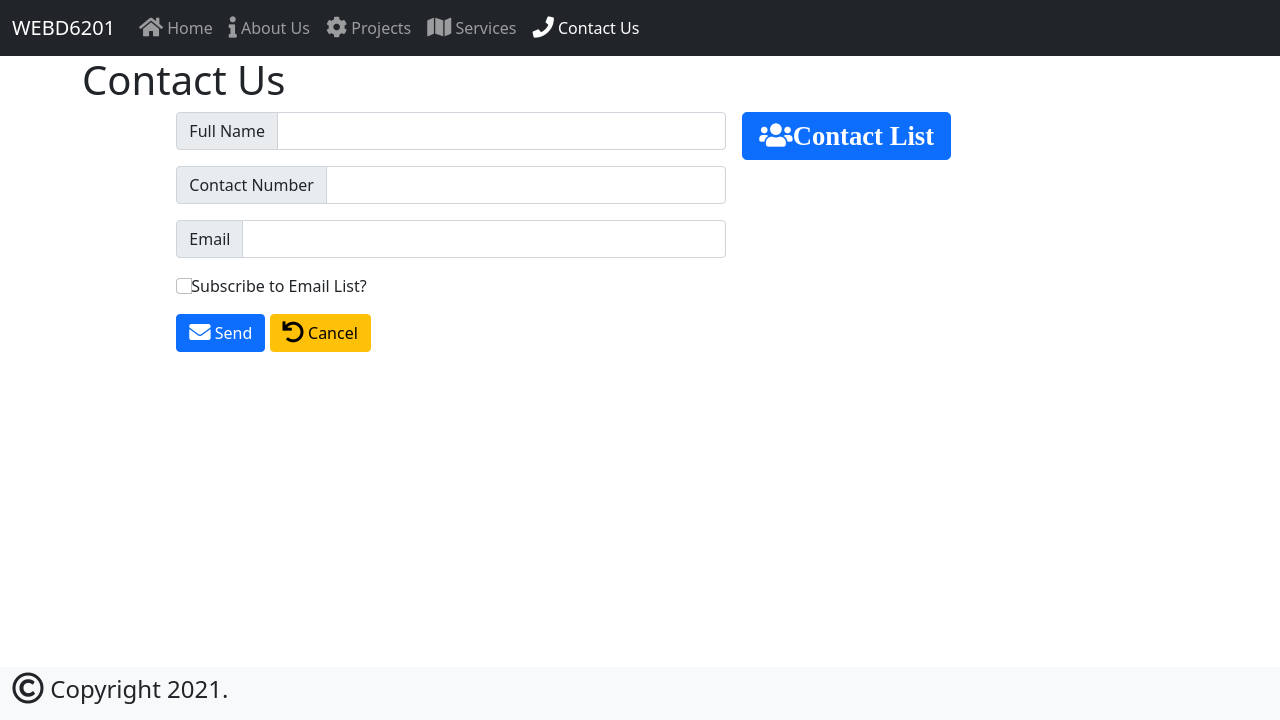
Repository: GarlicButterBoy/WEBD6201-ICE03
Page: contact.html
The author's editor kept a copy of each file at every save. The page is drawn from the files as they stood at one save, then again after the next save.
The browser window is 1280 px wide. The pictures show the whole page.

Above is the page before, as saved 2021-02-04 09:09:23.

### contact.html
<!DOCTYPE html>
<html lang="en">
<head>
    <meta charset="UTF-8">
    <meta name="viewport" content="width=device-width, initial-scale=1.0">
    <title>Contact</title>
    <!-- CSS Section -->
    <link rel="stylesheet" href="./node_modules/bootstrap/dist/css/bootstrap.min.css">
    <link rel="stylesheet" href="./node_modules/@fortawesome/fontawesome-free/css/all.min.css">
    <link rel="stylesheet" href="./Content/app.css">
</head>
<body>
    <!-- Main Header -->
    <header>
        <!-- Main Navigation -->
        <nav class="navbar navbar-expand-lg navbar-dark bg-dark">
            <div class="container-fluid">
              <a class="navbar-brand" href="index.html">WEBD6201</a>
              <button class="navbar-toggler" type="button" data-bs-toggle="collapse" data-bs-target="#navbarSupportedContent" aria-controls="navbarSupportedContent" aria-expanded="false" aria-label="Toggle navigation">
                <span class="navbar-toggler-icon"></span>
              </button>
              <div class="collapse navbar-collapse" id="navbarSupportedContent">
                <ul class="navbar-nav me-auto mb-2 mb-lg-0">
                  <li class="nav-item">
                    <a class="nav-link" aria-current="page" href="index.html"><i class="fas fa-home fa-lg"></i> Home</a>
                  </li>

                  <li class="nav-item">
                    <a class="nav-link" aria-current="page" href="about.html"><i class="fas fa-info fa-lg"></i> About Us</a>
                  </li>

                  <li class="nav-item">
                    <a class="nav-link" aria-current="page" href="projects.html"><i class="fas fa-cog fa-lg"></i> Projects</a>
                  </li>

                  <li class="nav-item">
                    <a class="nav-link" aria-current="page" href="services.html"><i class="fas fa-map fa-lg"></i> Services</a>
                  </li>

                  <li class="nav-item">
                    <a class="nav-link active" aria-current="page" href="contact.html"><i class="fas fa-phone fa-lg"></i> Contact Us</a>
                  </li>
                </ul>
              </div>
            </div>
          </nav>
    </header>

    <!-- Main Content -->
    <main class="container">
        <h1>Contact Us</h1>
        <div id="messageArea"></div>

        <div class="row justify-content-lg-center g-3">
          <form class="col-lg-6 col-md-10 col-sm-10">

            <div class="input-group mb-3">
              <span class="input-group-text" id="inputGroup-sizing-default">Full Name </span>
              <input id="fullName" type="text" class="form-control" aria-label="Full Name" aria-describedby="Full Name Input"
              name="fullName" required>
            </div>

            <div class="input-group mb-3">
              <span class="input-group-text" id="inputGroup-sizing-default">Contact Number</span>
              <input id="contactNumber" type="tel" class="form-control" aria-label="Contact Number" aria-describedby="Contact Number Input"
              name="contactNumber" required>
            </div>

            <div class="input-group mb-3">
              <span class="input-group-text" id="inputGroup-sizing-default">Email</span>
              <input id="emailAddress" type="email" class="form-control" aria-label="Email Address" aria-describedby="Email Address Input"
              name="emailAddress" required>
            </div>

            <div class="input-group mb-3 form-check">
              <input class="form-check-input" type="checkbox" value="" id="subscribeCheckbox" name="subscribeCheckbox">
              <label class="form-check-label" for="subscribeCheckbox">Subscribe to Email List?</label>
            </div>


            <button id="sendButton" type="submit" class="btn btn-primary"><i class="fas fa-envelope fa-lg"></i> Send</button>
            <button id="cancelButton" type="reset" class="btn btn-warning"><i class="fas fa-undo fa-lg"></i> Cancel</button>
          </form>

          <div class="col=lg-3 col-md-4">
            <a href="contact-list.html" class="btn btn-primary btn-lg"><i class="fas fa-users fa-lg">Contact List</i></a>
          </div>

        </div>


    </main>

    <!-- Main Footer -->
    <footer>
        <nav class="navbar fixed-bottom navbar-light bg-light">
            <div class="container-fluid">
              <h4><i class="far fa-copyright fa-lg"></i> Copyright 2021.</h4>
            </div>
          </nav>
    </footer>

    <!-- Script Section-->
    <script src="./node_modules/jquery/dist/jquery.min.js"></script>
    <script src="./node_modules/bootstrap/dist/js/bootstrap.bundle.min.js"></script>
    <script src="./Scripts/namespace.js"></script>
    <script src="./Scripts/contact.js"></script>
    <script src="./Scripts/app.js"></script>
</body>
</html>

### Scripts/namespace.js

//namespace core
let core;

### Scripts/contact.js
"use strict";

//Contact Class

(()=>{
    class Contact {

        //getters and setters
      get FullName()
      {
          return this.m_fullName;
      }
      get ContactNumber()
      {
          return this.m_conactNumber;
      }
      get EmailAddress()
      {
          return this.m_emailAddress;
      }
      set FullName(value)
      {
          this.m_fullName = value;
      }
      set ContactNumber(value)
      {
          this.m_conactNumber = value;
      }
      set EmailAddress(value)
      {
          this.m_emailAddress = value;
      }

        //Constructor
        /**
         * A Constructor for any Contact objects being instantiated
         * @param {string} fullName
         * @param {string} contactNumber
         * @param {string} emailAddress
         */
        constructor(fullName = "", contactNumber = "", emailAddress = "")
        {
            this.ContactNumber = contactNumber;
            this.EmailAddress = emailAddress;
            this.FullName = fullName;
        }



        //Methods
        /**
         * Overrides the toString method to print the Contact class
         * @returns {string}
         */
        toString()
        {
            return `Full Name: ${this.m_fullName}\nPhone: ${this.m_contactNumber}\nEmail: ${this.m_emailAddress}`;
        }

        /**
         * This method returns a JSON Object
         * @returns {Object}
         */
        toJSON()
        {
            return {
                "fullName":this.FullName,
                "contactNumber":this.ContactNumber,
                "emailAddress":this.EmailAddress
            }
        }
        /**
         * Method converts the Contact into a comma-seperated value string
         * @returns {String}
         */
        serialize()
        {
            if (this.FullName !== "" && this.ContactNumber !== "" && this.EmailAddress !== "")
            {
                return `${this.FullName},${this.ContactNumber},${this.EmailAddress}`;
            }
            else
            {
                console.error("Error: One of more of the Contact Properties are empty or null.");
                return null;
            }

        }
        /**
         * Method takes a comma-seperated data string and assigns the values to the contact class properties
         * @param {string} data
         * @returns {void}
         */
        deserialize(data)
        {
            let propertyArray = data.split(",");
            this.FullName = propertyArray[0];
            this.ContactNumber = propertyArray[1];
            this.EmailAddress = propertyArray[2];
        }

    }

core.Contact = Contact;

})(core || (core={}));

### Scripts/app.js
/* custom JavaScript goes here */

//IIFE - Immediately Invoked Function Expression
//AKA - Anonymous Self-Executing Function
//Closure - limits scope leak

"use strict";
/* Example of a class being created with brand new functions
let myContact =
{
  "firstName":"Nick SF",
  "contactNumber":"905-123-4567",
  "emailAddress":"email@test.com",
  "saysHello":function() { console.log(`${fullName} says Hello!`); },
  "someOtherObject":{  "friendsList":["Tony", "Stephen", "Peter"]  }

};*/

((core) =>
{
    function displayHome()
    {
/*
      $("button").on("mouseover", function(){
        console.log("JQuery Click");
      });

      let myButton = document.querySelectorAll("button")[1];
      myButton.addEventListener("click", () => {
        console.log("Button Clicked!");
      });
*/
      //console.log(myButton);

        let paragraphOneText =
          "This is a simple site to demonstrate DOM Manipulation for ICE 1";

        let paragraphOneElement = document.getElementById("paragraphOne");

        paragraphOneElement.textContent = paragraphOneText;
        paragraphOneElement.className = "fs-5";

        // Step 1. document.createElement
        let newParagraph = document.createElement("p");
        // Step 2. configure the element
        newParagraph.setAttribute("id", "paragraphTwo");
        newParagraph.textContent = "...And this is paragraph two";
        // Step 3. select the parent element
        let mainContent = document.getElementsByTagName("main")[0];
        // Step 4. Add / Insert the element
        mainContent.appendChild(newParagraph);

        newParagraph.className = "fs-6";

        // another way of injecting content
        let paragraphDiv = document.createElement("div");
        let paragraphThree = `<p id="paragraphThree" class="fs-7 fw-bold">And this is the Third Paragraph</p>`;
        paragraphDiv.innerHTML = paragraphThree;

        // insertions

        // example of inserting before a node
        //newParagraph.before(paragraphDiv);

        // example of inserting after a node
        newParagraph.after(paragraphDiv);

        // deletions

        // example of removing a single element
        //paragraphOneElement.remove();

        // example of removeChild
        mainContent.removeChild(paragraphOneElement);

        // update / modification
        //mainContent.firstElementChild.textContent = "Welcome Home!";

        mainContent.innerHTML = `<h1 id="firstHeading">Welcome to WEBD6201 - Lab 1</h1>
         <p id="paragraphOne" class="fs-3 fw-bold">This is my first Paragraph</p>
        `;

    }

    function displayAbout()
    {

    }

    function displayProjects()
    {

    }

    function displayServices()
    {

    }

    function displayContact()
    {
        //This is the same as below
        let messageArea = $("#messageArea").hide();
        //Same as this
        //let messageArea = document.getElementById("messageArea");
        //messageArea.hidden = true;

        // form validation
        $("#fullName").on("blur", function()
        {
          if($(this).val().length < 2)
            {
                //JQuery example of the lines below
                $(this).trigger("focus").trigger("select");
                messageArea.show().addClass("alert alert-danger").text("Please enter an appropriate name");
                //fullName.focus();
                //fullName.select();
                //messageArea.hidden = false;
                //messageArea.className = "alert alert-danger";
                //messageArea.textContent = "Please enter an appropriate Name";
            }
            else
            {
                //JQuery example of the line below
                messageArea.removeAttr("class").hide();
                //messageArea.hidden = true;
                //messageArea.removeAttribute("class");
            }
        });
        //let fullName = document.getElementById("fullName");
        //fullName.addEventListener("blur", function() {});

        $("#sendButton").on("click", ()=>
        {
          let contact = new core.Contact(fullName.value, contactNumber.value, emailAddress.value);
          if(contact.serialize()) //checking if the serialized object exists
          {
            localStorage.setItem((localStorage.length + 1).toString(), contact.serialize());
          }
        });

        //let sendButton = document.getElementById("sendButton");
        //sendButton.addEventListener("click", function(event){

            //event.preventDefault();
            //console.log(contact.serialize());
            //fullName.value = "";
            //contactNumber.value = "";
            //emailAddress.value = "";
        //});
    }
    function displayContactList()
    {

      if(localStorage.length > 0)
      {
        let contactList = document.getElementById("contactList");

        let data = "";

        for (let index = 0; index < localStorage.length; index++)
        {
          let contactData = localStorage.getItem((index + 1).toString());

          console.log(contactData);

          let contact = new core.Contact();
          contact.deserialize(contactData);

          data += `<tr>
                  <th scope="row">${index + 1}</th>
                  <td>${contact.FullName}</td>
                  <td>${contact.ContactNumber}</td>
                  <td>${contact.EmailAddress}</td>
                  </tr>`;
        }

        contactList.innerHTML = data;
      }


    }

    function Start()
    {
        console.log("App Started...");

        switch (document.title)
        {
          case "Home":
              displayHome();
            break;
          case "About":
              displayAbout();
            break;
          case "Projects":
              displayProjects();
            break;
          case "Services":
              displayServices();
            break;
          case "Contact":
              displayContact();
            break;
          case "Contact-List":
              displayContactList();
            break;
        }

    }

    window.addEventListener("load", Start);

    core.Start = Start;


})  (core || (core={}));

Loaded but not shown: node_modules/bootstrap/dist/css/bootstrap.min.css (library); node_modules/@fortawesome/fontawesome-free/css/all.min.css (library); Content/app.css (common file); node_modules/jquery/dist/jquery.min.js (library); node_modules/bootstrap/dist/js/bootstrap.bundle.min.js (library)

After the next save:
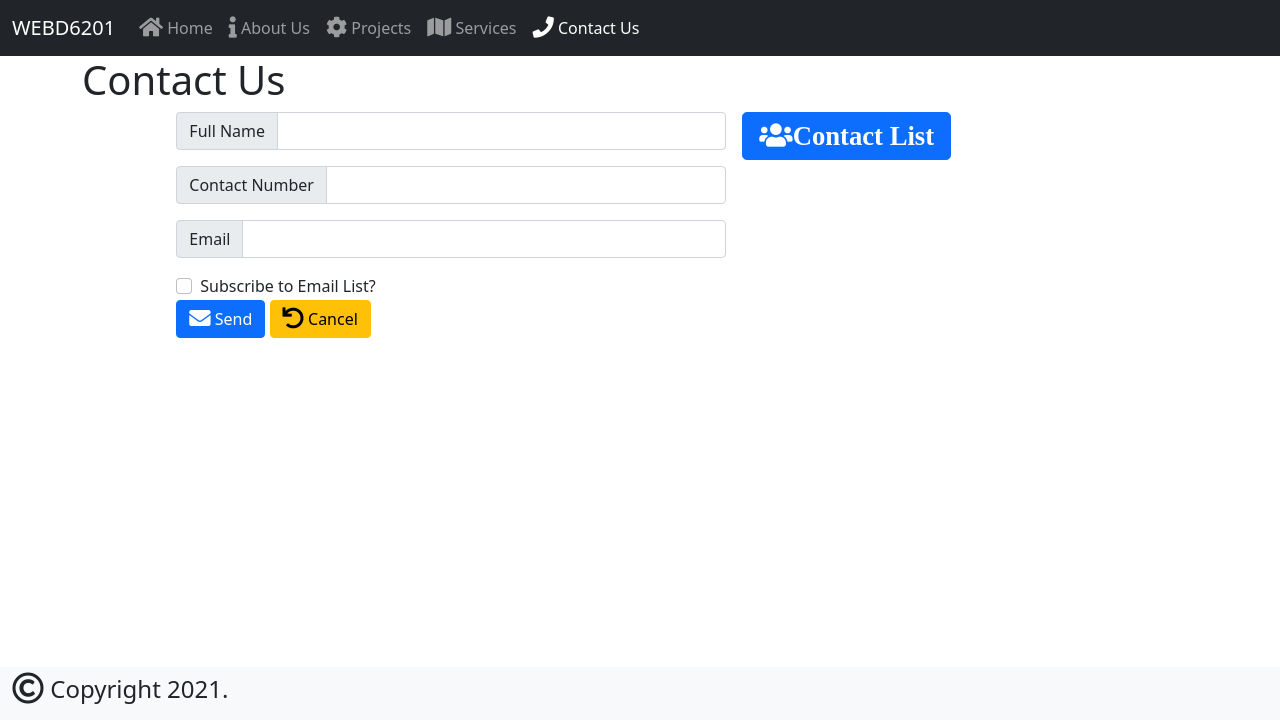
Saved 15 s later.
--- a/contact.html
+++ b/contact.html
@@ -72,7 +72,7 @@
               name="emailAddress" required>
             </div>
 
-            <div class="input-group mb-3 form-check">
+            <div class="form-check">
               <input class="form-check-input" type="checkbox" value="" id="subscribeCheckbox" name="subscribeCheckbox">
               <label class="form-check-label" for="subscribeCheckbox">Subscribe to Email List?</label>
             </div>
